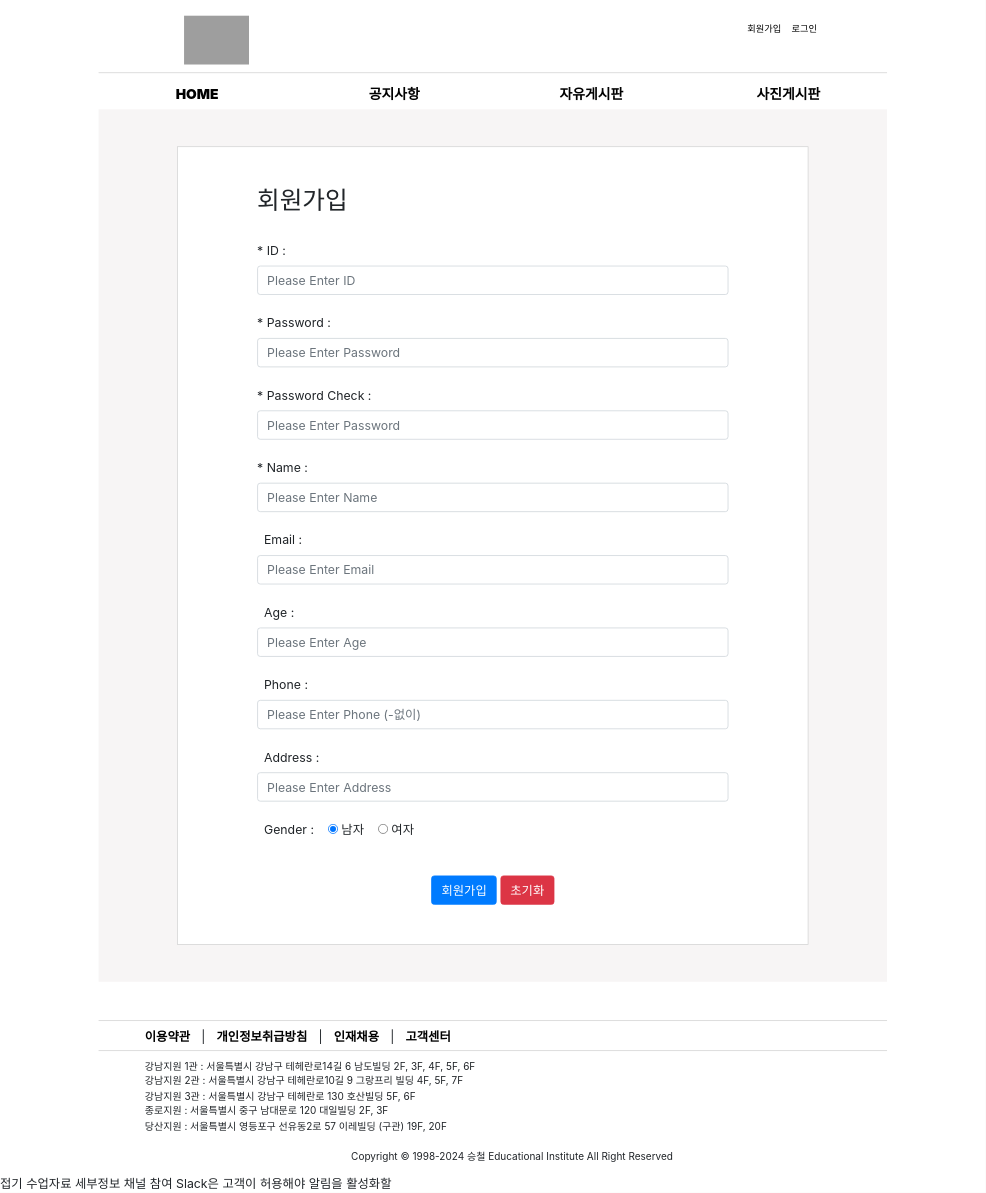
Repository: kimpilgyu0214/new_class
Page: http://localhost/springProject/WEB-INF/views/member/enrollForm.jsp
An editor plug-in stored every save of this project. The page is shown before and after the next save, followed by the edit.
The browser window is 1280 px wide. The pictures show the whole page, at 77% of full size.
Pictures or frames that could not be fetched are drawn as grey boxes. The page is served by Tomcat 9. Nobody is signed in. Other server files are loaded and not shown. The template is opened directly, without the code that normally fills it, so the values that code supplies are empty.

Above is the page before, as saved 2024-06-18 00:42:18.

### springProject/src/main/webapp/WEB-INF/views/member/enrollForm.jsp
<%@ page language="java" contentType="text/html; charset=UTF-8"
    pageEncoding="UTF-8"%>
<!DOCTYPE html>
<html lang="en">
<head>
    <meta charset="UTF-8">
    <title>Document</title>

</head>
<body>

    <!-- 메뉴바 -->
    <jsp:include page="../common/menubar.jsp" />

    <div class="content">
        <br><br>
        <div class="innerOuter">
            <h2>회원가입</h2>
            <br>

            <form action="" method="post">
                <div class="form-group">
                    <label for="userId">* ID : </label>
                    <input type="text" class="form-control" id="userId" placeholder="Please Enter ID" name="" required> <br>

                    <label for="userPwd">* Password : </label>
                    <input type="password" class="form-control" id="userPwd" placeholder="Please Enter Password" name="" required> <br>

                    <label for="checkPwd">* Password Check : </label>
                    <input type="password" class="form-control" id="checkPwd" placeholder="Please Enter Password" required> <br>

                    <label for="userName">* Name : </label>
                    <input type="text" class="form-control" id="userName" placeholder="Please Enter Name" name="" required> <br>

                    <label for="email"> &nbsp; Email : </label>
                    <input type="text" class="form-control" id="email" placeholder="Please Enter Email" name=""> <br>

                    <label for="age"> &nbsp; Age : </label>
                    <input type="number" class="form-control" id="age" placeholder="Please Enter Age" name=""> <br>

                    <label for="phone"> &nbsp; Phone : </label>
                    <input type="tel" class="form-control" id="phone" placeholder="Please Enter Phone (-없이)" name=""> <br>

                    <label for="address"> &nbsp; Address : </label>
                    <input type="text" class="form-control" id="address" placeholder="Please Enter Address" name=""> <br>

                    <label for=""> &nbsp; Gender : </label> &nbsp;&nbsp;
                    <input type="radio" id="Male" value="M" name="" checked>
                    <label for="Male">남자</label> &nbsp;&nbsp;
                    <input type="radio" id="Female" value="F" name="">
                    <label for="Female">여자</label> &nbsp;&nbsp;
                </div>
                <br>
                <div class="btns" align="center">
                    <button type="submit" class="btn btn-primary">회원가입</button>
                    <button type="reset" class="btn btn-danger">초기화</button>
                </div>
            </form>
        </div>
        <br><br>

    </div>

    <!-- 푸터바 -->
    <jsp:include page="../common/footer.jsp" />

</body>
</html>
접기



수업자료
세부정보
채널 참여




Slack은 고객이 허용해야 알림을 활성화할

### springProject/src/main/webapp/WEB-INF/views/common/menubar.jsp
<%@ page language="java" contentType="text/html; charset=UTF-8"
    pageEncoding="UTF-8"%>
<%@ taglib prefix="c" uri="http://java.sun.com/jsp/jstl/core" %>
<!DOCTYPE html>
<html lang="en">
<head>
    <meta charset="UTF-8">
    <title>Document</title>
    <script src="https://ajax.googleapis.com/ajax/libs/jquery/3.7.1/jquery.min.js"></script>
    <link rel="stylesheet" href="https://maxcdn.bootstrapcdn.com/bootstrap/4.5.2/css/bootstrap.min.css">
    <script src="https://maxcdn.bootstrapcdn.com/bootstrap/4.5.2/js/bootstrap.min.js"></script>
    <style>
        div {box-sizing:border-box;}
        #header {
            width:80%;
            height:100px;
            padding-top:20px;
            margin:auto;
        }
        #header>div {width:100%; margin-bottom:10px;}
        #header_1 {height:80%;}
        #header_2 {height:60%;}

        #header_1>div{
            height:100%;
            float:left;
        }
        #header_1_left {width:30%; position:relative;}
        #header_1_center {width:40%;}
        #header_1_right {width:30%;}

        #header_1_left>img {height:100%; position:absolute; margin:auto; top:0px; bottom:0px; right:0px; left:0px;}
        #header_1_right {text-align:center; line-height:35px; font-size:12px; text-indent:35px;}
        #header_1_right>a {margin:5px;}
        #header_1_right>a:hover {cursor:pointer;}

        #header_2>ul {width:100%; height:100%; list-style-type:none; margin:auto; padding:0;}
        #header_2>ul>li {float:left; width:25%; height:100%; line-height:55px; text-align:center;}
        #header_2>ul>li a {text-decoration:none; color:black; font-size:18px; font-weight:900;}

        #header_2 {border-top:1px solid lightgray;}

        #header a {text-decoration:none; color:black;}

        .content {
            background-color:rgb(247, 245, 245);
            width:80%;
            margin:auto;
        }
        .innerOuter {
            border:1px solid lightgray;
            width:80%;
            margin:auto;
            padding:5% 10%;
            background-color:white;
        }

    </style>
</head>
<body>

    <div id="header">
        <div id="header_1">
            <div id="header_1_left">
                <img src="https://kh-academy.co.kr/resources/images/main/logo.svg" alt="">
            </div>
            <div id="header_1_center"></div>
            <div id="header_1_right">
                <c:choose>
                	<c:when test="${ sessionScope.loginUser eq null }">

	                	<a href="">회원가입</a>
	                	<a data-toggle="modal" data-target="#loginModal">로그인</a>
                	</c:when>

	                <c:otherwise>
	                    <lable> ${ sessionScope.loginUser. userName}님 환영합니다</label> &nbsp;&nbsp;
	                    <a href="">마이페이지</a>
	                    <a href="logout.do">로그아웃</a>
	                </c:otherwise>
                </c:choose>
            </div>
        </div>
        <div id="header_2">
            <ul>
                <li><a href="">HOME</a></li>
                <li><a href="">공지사항</a></li>
                <li><a href="">자유게시판</a></li>
                <li><a href="">사진게시판</a></li>
            </ul>
        </div>
    </div>

    <!-- 로그인 클릭 시 뜨는 모달 (기존에는 안보이다가 위의 a 클릭 시 보임) -->
    <div class="modal fade" id="loginModal">
        <div class="modal-dialog modal-sm">
            <div class="modal-content">
                <!-- Modal Header -->
                <div class="modal-header">
                    <h4 class="modal-title">Login</h4>
                    <button type="button" class="close" data-dismiss="modal">&times;</button>
                </div>

                <form action="login.do" method="post">
                    <!-- Modal body -->
                    <div class="modal-body">
                        <label for="userId" class="mr-sm-2">ID : </label>
                        <input type="text" class="form-control mb-2 mr-sm-2" placeholder="Enter ID" id="userId" name="userId"> <br>
                        <label for="userPwd" class="mr-sm-2">Password : </label>
                        <input type="password" class="form-control mb-2 mr-sm-2" placeholder="Enter Password" id="userPwd" name="userPwd">
                    </div>

                    <!-- Modal footer -->
                    <div class="modal-footer">
                        <button type="submit" class="btn btn-success">로그인</button>
                        <button type="button" class="btn btn-secondary" data-dismiss="modal">취소</button>
                    </div>
                </form>
            </div>
        </div>

    </div>

    <br clear="both">
</body>
</html>

### springProject/src/main/webapp/WEB-INF/views/common/footer.jsp
<%@ page language="java" contentType="text/html; charset=UTF-8"
    pageEncoding="UTF-8"%>
<!DOCTYPE html>
<html lang="en">
<head>
    <meta charset="UTF-8">
    <title>Document</title>
    <style>
        /* div{border:1px solid red;} */
        #footer {
            width:80%;
            height:200px;
            margin:auto;
            margin-top:50px;
        }
        #footer-1 {
            width:100%;
            height:20%;
            border-top:1px solid lightgray;
            border-bottom:1px solid lightgray;
        }
        #footer-2 {width:100%; height:80%;}
        #footer-1, #footer-2 {padding-left:50px;}
        #footer-1>a {
            text-decoration:none;
            font-weight:600;
            margin:10px;
            line-height:40px;
            color:black;
        }
        #footer-2>p {
            margin:0;
            padding:10px;
            font-size:13px;
        }
        #p2 {text-align:center;}
    </style>
</head>
<body>
    <div id="footer">
        <div id="footer-1">
            <a href="#">이용약관</a> |
            <a href="#">개인정보취급방침</a> |
            <a href="#">인재채용</a> |
            <a href="#">고객센터</a>
        </div>

        <div id="footer-2">
            <p id="p1">
                강남지원 1관 : 서울특별시 강남구 테헤란로14길 6 남도빌딩 2F, 3F, 4F, 5F, 6F <br>
                강남지원 2관 : 서울특별시 강남구 테헤란로10길 9 그랑프리 빌딩 4F, 5F, 7F <br>
                강남지원 3관 : 서울특별시 강남구 테헤란로 130 호산빌딩 5F, 6F <br>
                종로지원 : 서울특별시 중구 남대문로 120 대일빌딩 2F, 3F <br>
                당산지원 : 서울특별시 영등포구 선유동2로 57 이레빌딩 (구관) 19F, 20F
            </p>
            <p id="p2">Copyright © 1998-2024 승철 Educational Institute All Right Reserved</p>
        </div>
    </div>
</body>
</html>

After the next save:
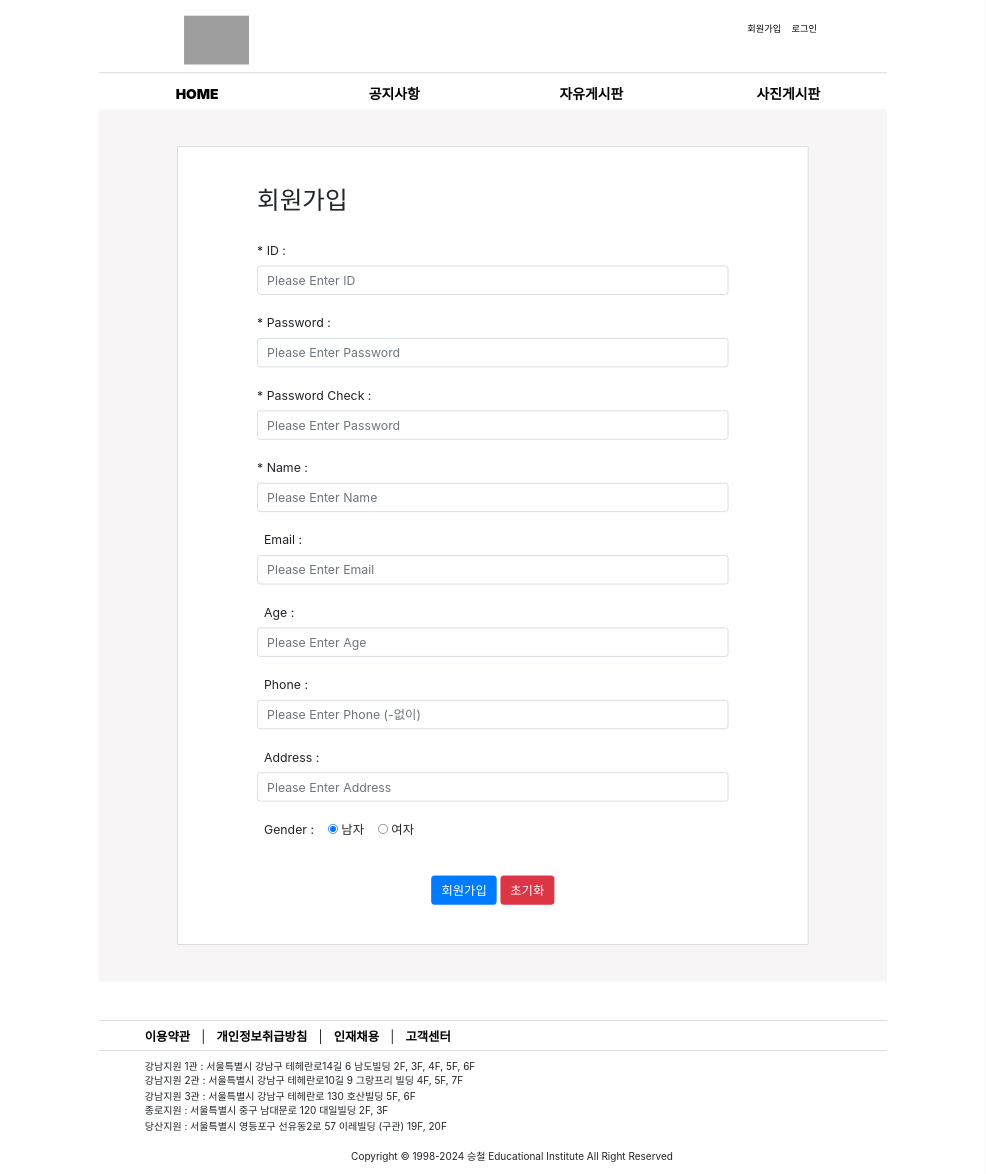
Saved 2 min 44 s later.
--- a/springProject/src/main/webapp/WEB-INF/views/member/enrollForm.jsp
+++ b/springProject/src/main/webapp/WEB-INF/views/member/enrollForm.jsp
@@ -66,15 +66,3 @@
 
 </body>
 </html>
-접기
-
-
-
-수업자료
-세부정보
-채널 참여
-
-
-
-
-Slack은 고객이 허용해야 알림을 활성화할
